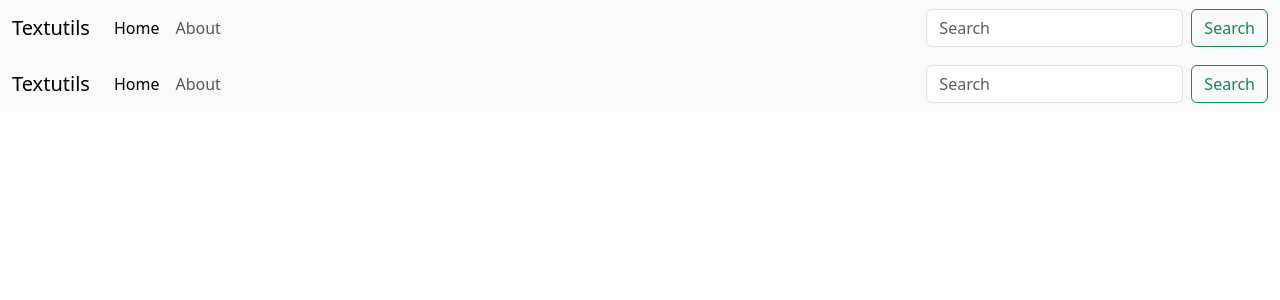
Repository: Rohit-foryou/Text-Utils
Page: /
The author's editor kept a copy of each file at every save. The page is drawn from the files as they stood at one save, then again after the next save.
The browser window is 1280 px wide. The pictures show the whole page.
The project was rebuilt for these pictures with package versions that can differ from the ones it lists, and the page was loaded fresh each time. Also part of the build but not shown: src/index.css, src/App.css.

Above is the page before, as saved 2023-12-20 20:10:53.

After the next save:
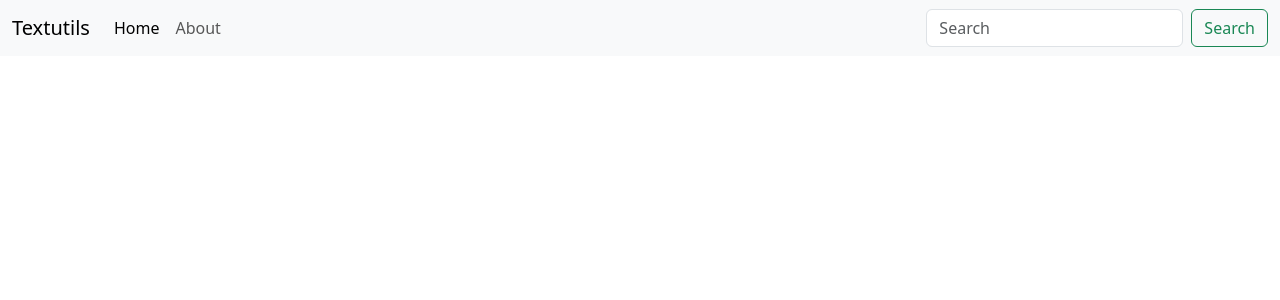
Saved 7 s later.
--- a/src/App.js
+++ b/src/App.js
@@ -5,28 +5,6 @@ import Navbar from "./components/Navbar";
 function App() {
   return (
     <>
-      <nav className="navbar navbar-expand-lg bg-body-tertiary">
-        <div className="container-fluid">
-          <a className="navbar-brand" href="/">Textutils</a>
-          <button className="navbar-toggler" type="button" data-bs-toggle="collapse" data-bs-target="#navbarSupportedContent" aria-controls="navbarSupportedContent" aria-expanded="false" aria-label="Toggle navigation">
-            <span className="navbar-toggler-icon"></span>
-          </button>
-          <div className="collapse navbar-collapse" id="navbarSupportedContent">
-            <ul className="navbar-nav me-auto mb-2 mb-lg-0">
-              <li className="nav-item">
-                <a className="nav-link active" aria-current="page" href="/">Home</a>
-              </li>
-              <li className="nav-item">
-                <a className="nav-link" href="/">About</a>
-              </li>
-            </ul>
-            <form className="d-flex" role="search">
-              <input className="form-control me-2" type="search" placeholder="Search" aria-label="Search"/>
-              <button className="btn btn-outline-success" type="submit">Search</button>
-            </form>
-          </div>
-        </div>
-      </nav>
       <Navbar/>
     </>
   );
